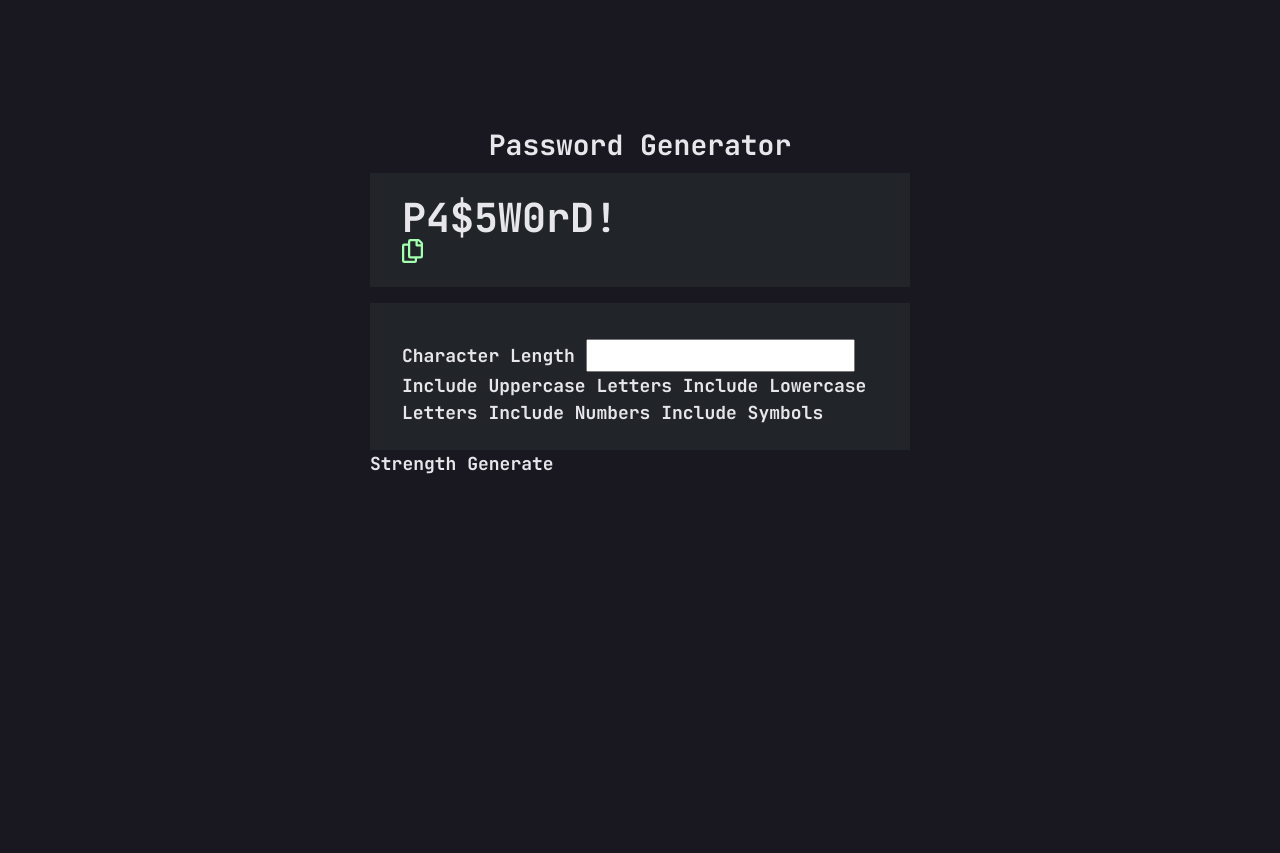
Repository: blordeus/password-generator-app
Page: starter-code/index.html
The author's editor kept a copy of each file at every save. The page is drawn from the files as they stood at one save, then again after the next save.
The browser window is 1280 px wide. The pictures show the whole page.

Above is the page before, as saved 2023-10-05 20:06:11.

After the next save:
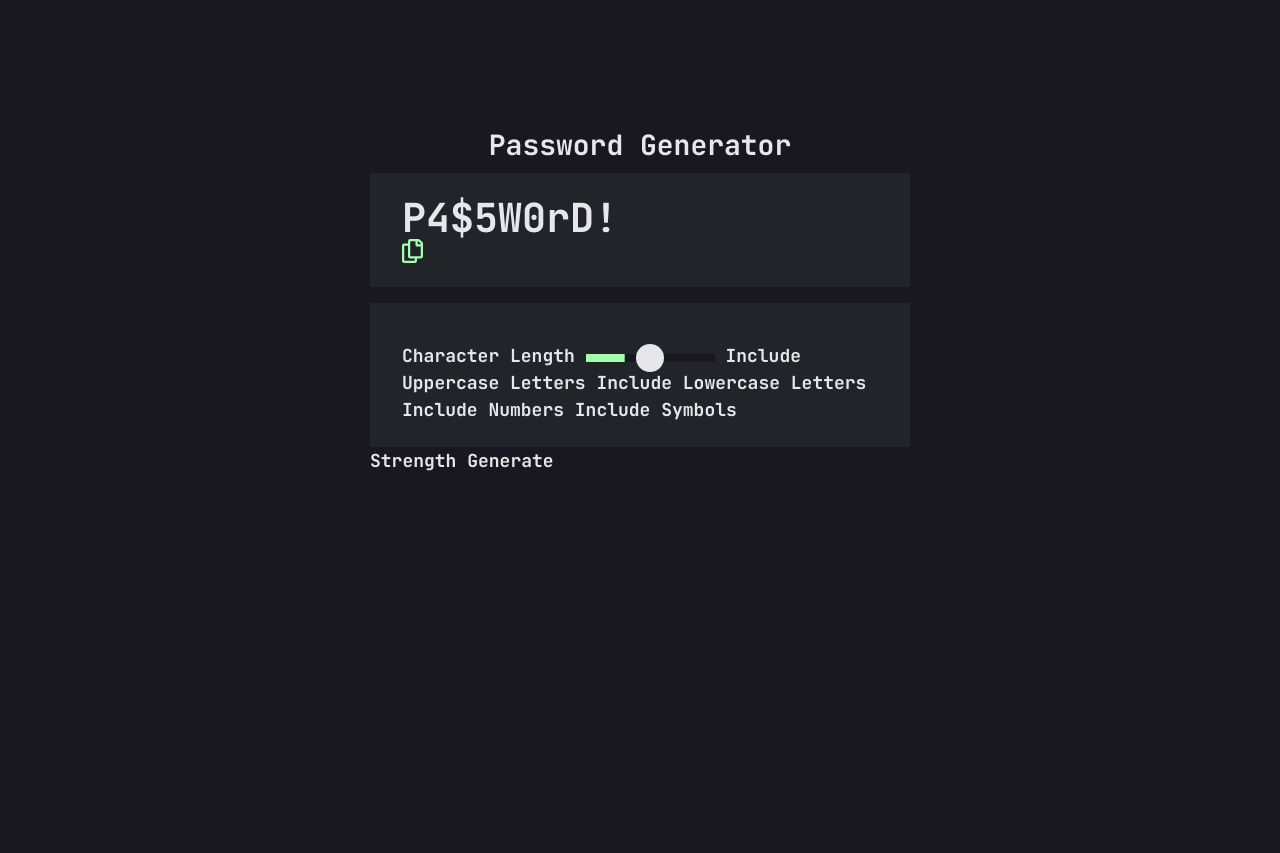
Saved 10 s later.
--- a/starter-code/index.html
+++ b/starter-code/index.html
@@ -25,7 +25,7 @@
 
     <div class="options bg-dark">
       <label for="slider" class="sliderLabel flex">Character Length <span class="sliderValue fs-1 text-green" id="sliderValue"></span></label>
-      <input>
+      <input type="range">
       Include Uppercase Letters
       Include Lowercase Letters
       Include Numbers
